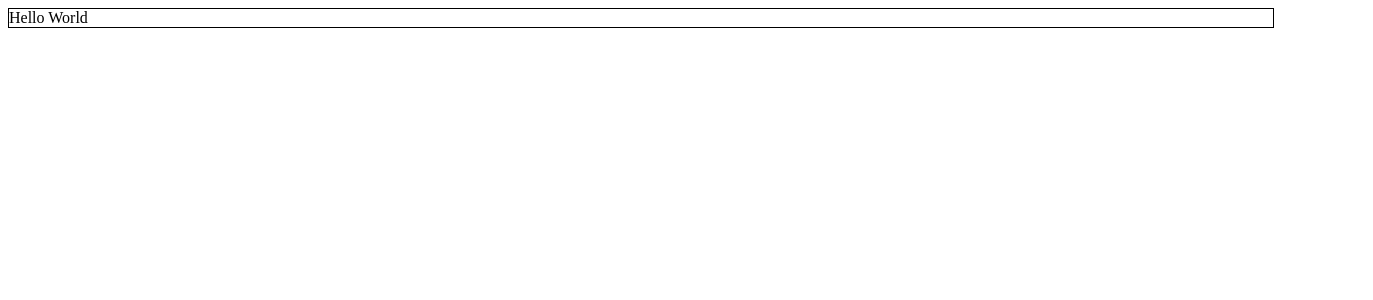
Repository: cedricRGT45/studentOclock
Page: S01-Ovitrine-J2-cedricRGT45/index.html
These files come from the project's save history. The page is drawn as it stood at one moment and after the next save; the edit follows.
The browser window is 1280 px wide. The page is 1280 px wide, then 1373 px, so the pictures cover 1373 px, including what lies to the right of the window. The pictures show the whole page.

Above is the page before, as saved 2024-03-27 21:31:35.

### S01-Ovitrine-J2-cedricRGT45/index.html
<!DOCTYPE html>
<html lang="en">

<head>
    <meta charset="UTF-8">
    <meta name="viewport" content="width=device-width, initial-scale=1.0">
    <script src="./script.js" defer></script>
    <title>Hello World</title>
</head>

<body>
</body>

</html>

### S01-Ovitrine-J2-cedricRGT45/script.js
const container = document.createElement("div")
container.style.border = "1px solid black"
container.style.width = "100%"
const helloWorld = document.createElement("p")
helloWorld.insertAdjacentText("beforeend", "Hello World")
helloWorld.style.width = "100%"
helloWorld.style.margin = "auto"
container.appendChild(helloWorld)
document.body.append(container)

After the next save:
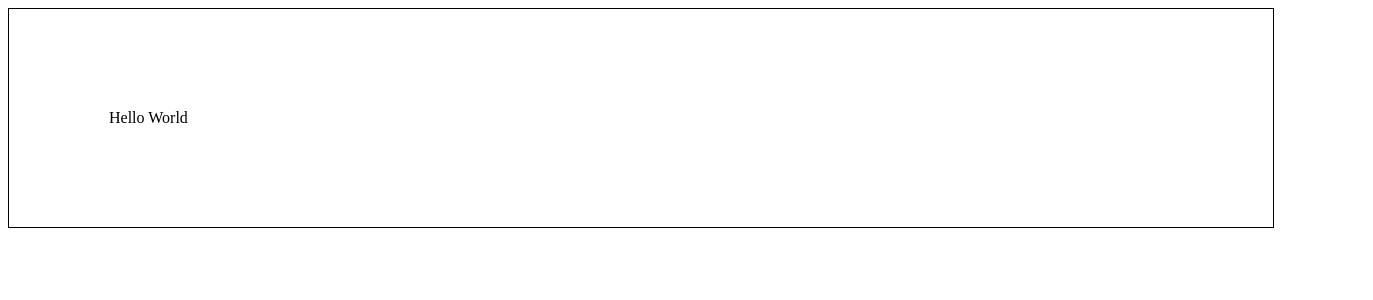
Saved 21 s later.
--- a/S01-Ovitrine-J2-cedricRGT45/script.js
+++ b/S01-Ovitrine-J2-cedricRGT45/script.js
@@ -4,6 +4,6 @@
 const helloWorld = document.createElement("p")
 helloWorld.insertAdjacentText("beforeend", "Hello World")
 helloWorld.style.width = "100%"
-helloWorld.style.margin = "auto"
+helloWorld.style.margin = "100px"
 container.appendChild(helloWorld)
 document.body.append(container)
